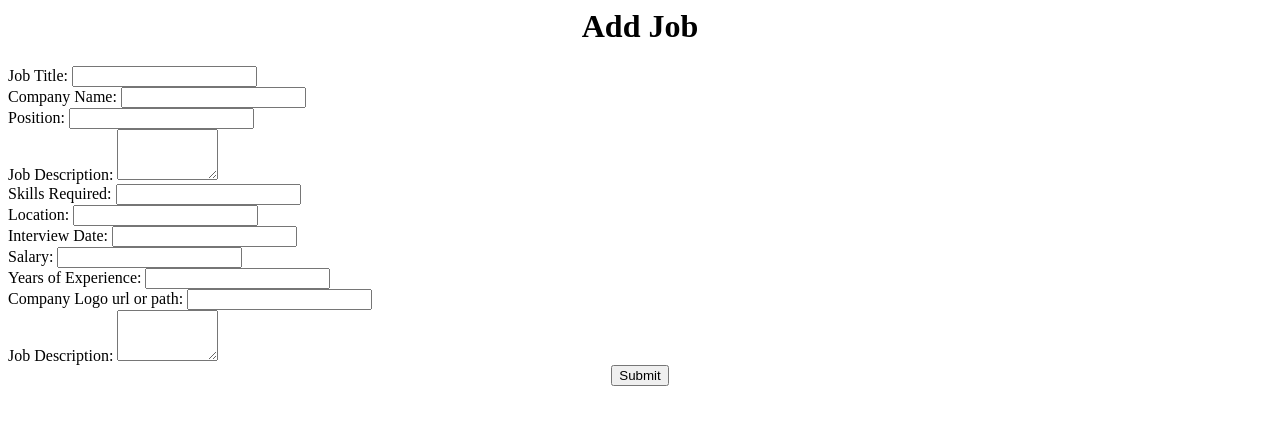
Repository: aneishkumar/AngularJS-Application
Page: Angularjs-Application-march30th/project2/WebContent/addjob.html
These files come from the project's save history. The page is drawn as it stood at one moment and after the next save; the edit follows.
The browser window is 1280 px wide. The pictures show the whole page.

Above is the page before, as saved 2018-03-30 09:16:17.

### Angularjs-Application-march30th/project2/WebContent/addjob.html
<h1><center>Add Job</center></h1>
<div class="containter">
<form>
<div class="form-group">
<label>Job Title:</label>
<input type="text" ng-model="job.jobtitle">
</div>
<div class="form-group">
<label>Company Name:</label>
<input type="text" ng-model="job.companyname">
</div>

<div class="form-group">
<label>Position:</label>
<input type="text" ng-model="job.position">
</div>
<div class="form-group">
<label>Job Description: </label>
<textarea  ng-model="job.jobdescription" rows="3" cols="10"  class="form-control"></textarea>
</div>
<div class="form-group">
<label>Skills Required:</label>
<input type="text" ng-model="job.skillsRequired">
</div>
<div class="form-group">
<label>Location:</label>
<input type="text" ng-model="job.location">
</div>
<div class="form-group">
<label>Interview Date:</label>
<input type="text" ng-model="job.interviewdate">
</div>
<div class="form-group">
<label>Salary:</label>
<input type="text" ng-model="job.salary">
</div>
<div class="form-group">
<label>Years of Experience:</label>
<input type="text" ng-model="job.yrsOfExp">
</div>
<div class="form-group">
<label>Company Logo url or path:</label>
<input type="text" ng-model="job.imagename">
</div>

<div class="form-group">
<label>Job Description: </label>
<textarea  ng-model="job.description" rows="3" cols="10"  class="form-control"></textarea>
</div>
<center><input type="submit" ng-click="addjob(job)"></center>

</form>


</div>

After the next save:
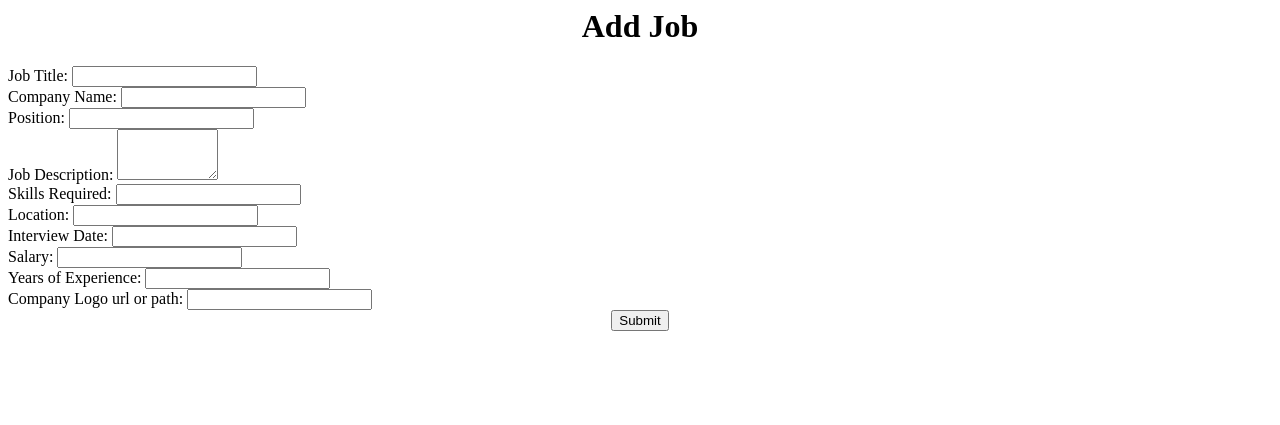
Saved 8 s later.
--- a/Angularjs-Application-march30th/project2/WebContent/addjob.html
+++ b/Angularjs-Application-march30th/project2/WebContent/addjob.html
@@ -43,10 +43,7 @@
 <input type="text" ng-model="job.imagename">
 </div>
 
-<div class="form-group">
-<label>Job Description: </label>
-<textarea  ng-model="job.description" rows="3" cols="10"  class="form-control"></textarea>
-</div>
+
 <center><input type="submit" ng-click="addjob(job)"></center>
 
 </form>
